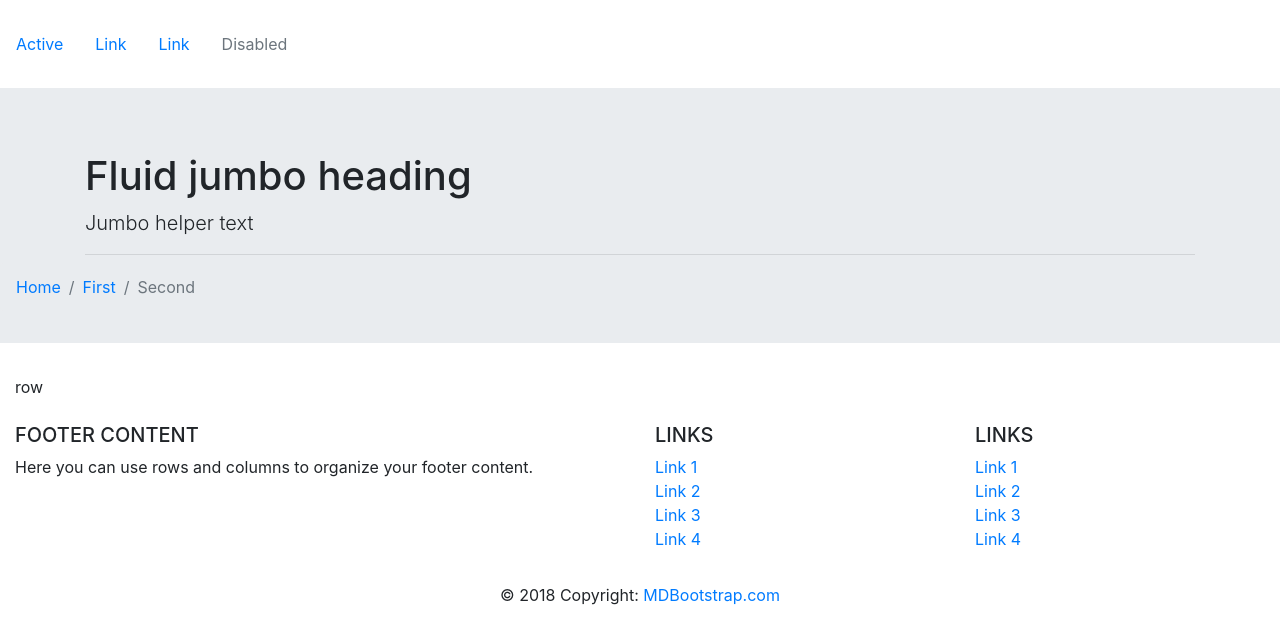
Repository: nicolasolo/airintribal-blog
Page: product.html
The author's editor kept a copy of each file at every save. The page is drawn from the files as they stood at one save, then again after the next save.
The browser window is 1280 px wide. The pictures show the whole page.

Above is the page before, as saved 2020-04-17 00:41:55.

### product.html
<!DOCTYPE html>
<html lang="en">

<head>
    <title></title>
    <meta charset="UTF-8">
    <meta name="viewport" content="width=device-width, initial-scale=1">
    <link rel="stylesheet" href="https://stackpath.bootstrapcdn.com/bootstrap/4.4.1/css/bootstrap.min.css"
        integrity="sha384-Vkoo8x4CGsO3+Hhxv8T/Q5PaXtkKtu6ug5TOeNV6gBiFeWPGFN9MuhOf23Q9Ifjh" crossorigin="anonymous">
    <link href="css/style.css" rel="stylesheet">
</head>

<body>
    <!-- Header -->
    <header>
        <!-- Navigation -->
        <nav>
            <ul class="nav grey lighten-4 py-4">
                <li class="nav-item">
                    <a class="nav-link active" href="#!">Active</a>
                </li>
                <li class="nav-item">
                    <a class="nav-link" href="#!">Link</a>
                </li>
                <li class="nav-item">
                    <a class="nav-link" href="#!">Link</a>
                </li>
                <li class="nav-item">
                    <a class="nav-link disabled" href="#!">Disabled</a>
                </li>
        </nav>
        <!-- Navigation End-->
    </header>
    <!-- Header End-->
    <!-- Main -->
    <main>
        <!-- Jumbotron -->
<div class="jumbotron jumbotron-fluid">
    <div class="container">
        <h1 class="display-5">Fluid jumbo heading</h1>
        <p class="lead">Jumbo helper text</p>
        <hr class="my-2">

    </div>
        <!-- Breadcrumb Content-->
        <nav aria-label="breadcrumb" style="height: 1rem;">
            <ol class="breadcrumb">
                <li class="breadcrumb-item"><a href="#">Home</a></li>
                <li class="breadcrumb-item"><a href="#">First</a></li>
                <li class="breadcrumb-item active">Second</li>
            </ol>
        </nav>
        <!-- Breadcrumb Content End-->
</div>
        <!-- Jumbotron End -->
        <div class="container-fluid">
            row
        </div>
    </main>
    <!-- Main End-->
    <!-- Footer -->
    <footer>
        <footer class="page-footer font-small blue pt-4">
            <div class="container-fluid text-center text-md-left">
                <div class="row">
                    <div class="col-md-6 mt-md-0 mt-3">
                        <h5 class="text-uppercase">Footer Content</h5>
                        <p>Here you can use rows and columns to organize your footer content.</p>
                    </div>
                    <hr class="clearfix w-100 d-md-none pb-3">
                    <div class="col-md-3 mb-md-0 mb-3">
                        <h5 class="text-uppercase">Links</h5>
                        <ul class="list-unstyled">
                            <li>
                                <a href="#!">Link 1</a>
                            </li>
                            <li>
                                <a href="#!">Link 2</a>
                            </li>
                            <li>
                                <a href="#!">Link 3</a>
                            </li>
                            <li>
                                <a href="#!">Link 4</a>
                            </li>
                        </ul>
                    </div>
                    <div class="col-md-3 mb-md-0 mb-3">
                        <h5 class="text-uppercase">Links</h5>
                        <ul class="list-unstyled">
                            <li>
                                <a href="#!">Link 1</a>
                            </li>
                            <li>
                                <a href="#!">Link 2</a>
                            </li>
                            <li>
                                <a href="#!">Link 3</a>
                            </li>
                            <li>
                                <a href="#!">Link 4</a>
                            </li>
                        </ul>
                    </div>
                </div>
            </div>
            <div class="footer-copyright text-center py-3">© 2018 Copyright:
                <a href="https://mdbootstrap.com/education/bootstrap/"> MDBootstrap.com</a>
            </div>
        </footer>
    </footer>
    <!-- Footer End -->

    <script src="https://code.jquery.com/jquery-3.4.1.slim.min.js"
        integrity="sha384-J6qa4849blE2+poT4WnyKhv5vZF5SrPo0iEjwBvKU7imGFAV0wwj1yYfoRSJoZ+n"
        crossorigin="anonymous"></script>
    <script src="https://cdn.jsdelivr.net/npm/popper.js@1.16.0/dist/umd/popper.min.js"
        integrity="sha384-Q6E9RHvbIyZFJoft+2mJbHaEWldlvI9IOYy5n3zV9zzTtmI3UksdQRVvoxMfooAo"
        crossorigin="anonymous"></script>
    <script src="https://stackpath.bootstrapcdn.com/bootstrap/4.4.1/js/bootstrap.min.js"
        integrity="sha384-wfSDF2E50Y2D1uUdj0O3uMBJnjuUD4Ih7YwaYd1iqfktj0Uod8GCExl3Og8ifwB6"
        crossorigin="anonymous"></script>
</body>

</html>

Loaded but not shown: css/style.css (no copy from this time; the picture is the same without it)

After the next save:
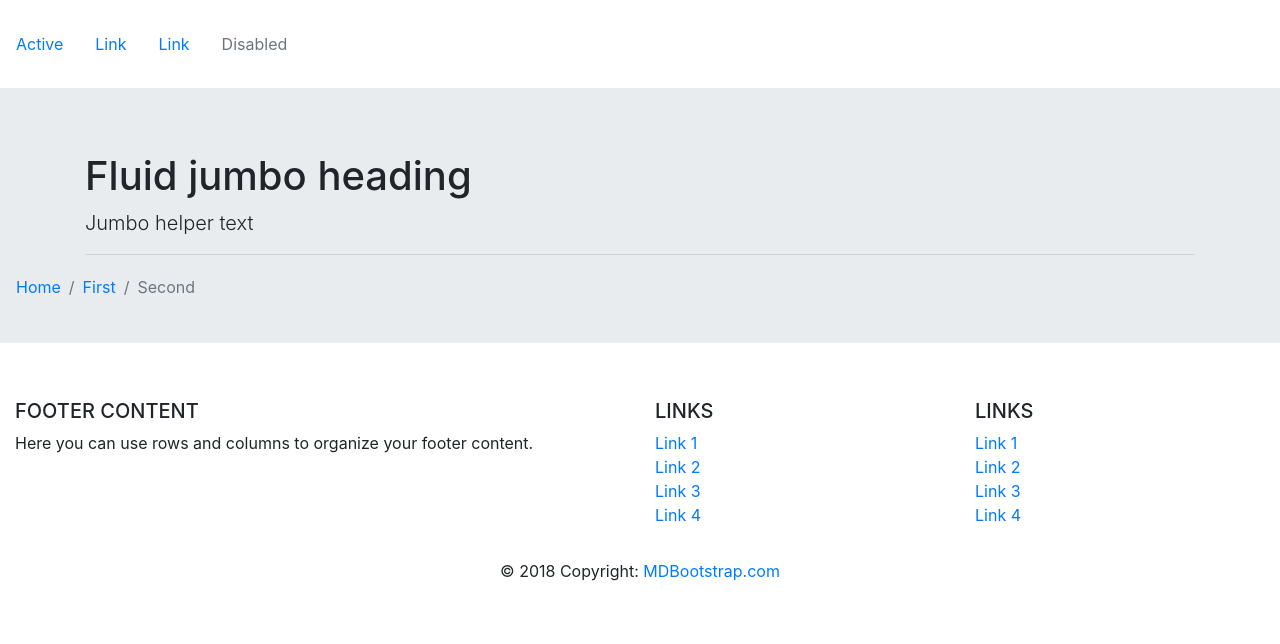
Saved 8 s later.
--- a/product.html
+++ b/product.html
@@ -54,7 +54,9 @@
 </div>
         <!-- Jumbotron End -->
         <div class="container-fluid">
-            row
+            <div class="row">
+
+            </div>
         </div>
     </main>
     <!-- Main End-->

After the save that followed:
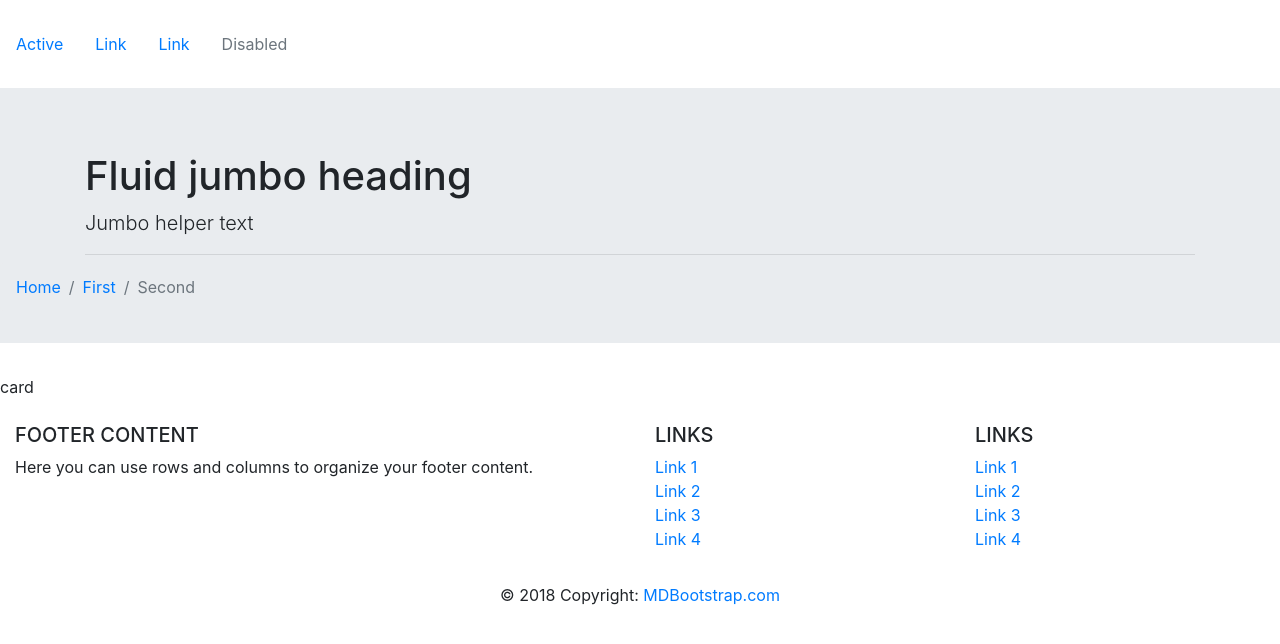
Saved 9 s later.
--- a/product.html
+++ b/product.html
@@ -55,7 +55,7 @@
         <!-- Jumbotron End -->
         <div class="container-fluid">
             <div class="row">
-
+                card
             </div>
         </div>
     </main>
